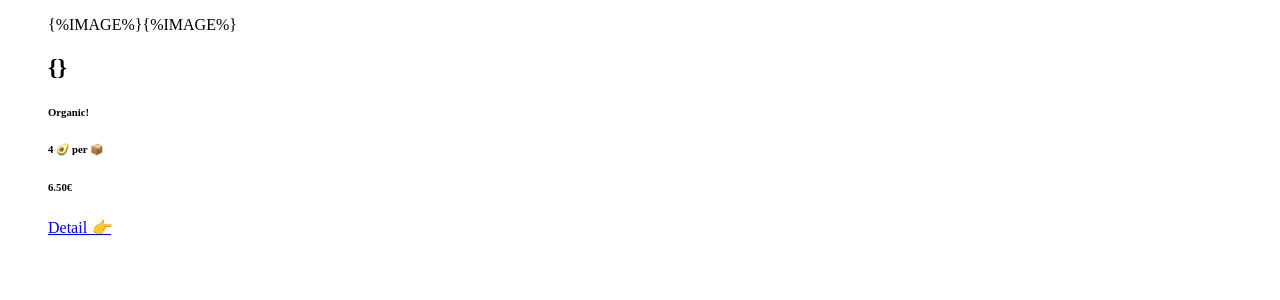
Repository: Tiantian-C/node2
Page: templates/template-card.html
The author's editor kept a copy of each file at every save. The page is drawn from the files as they stood at one save, then again after the next save.
The browser window is 1280 px wide. The pictures show the whole page.

Above is the page before, as saved 2023-07-15 15:43:47.

### templates/template-card.html
<figure class="card">
  <div class="card__emoji">{%IMAGE%}{%IMAGE%}</div>

  <div class="card__title-box">
    <h2 class="card__title">{}</h2>
  </div>

  <div class="card__details">
    <div class="card__detail-box">
      <h6 class="card__detail card__detail--organic">Organic!</h6>
    </div>

    <div class="card__detail-box">
      <h6 class="card__detail">4 🥑 per 📦</h6>
    </div>

    <div class="card__detail-box">
      <h6 class="card__detail card__detail--price">6.50€</h6>
    </div>
  </div>

  <a class="card__link" href="#">
    <span>Detail <i class="emoji-right">👉</i></span>
  </a>
</figure>

After the next save:
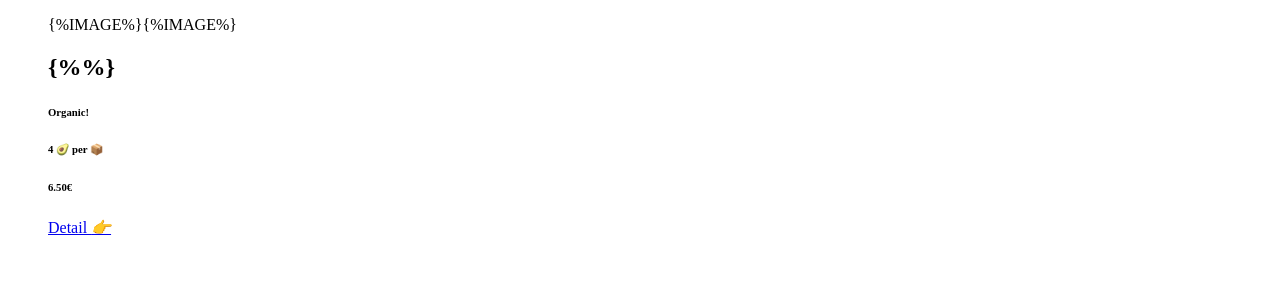
Saved 11 s later.
--- a/templates/template-card.html
+++ b/templates/template-card.html
@@ -2,7 +2,7 @@
   <div class="card__emoji">{%IMAGE%}{%IMAGE%}</div>
 
   <div class="card__title-box">
-    <h2 class="card__title">{}</h2>
+    <h2 class="card__title">{%%}</h2>
   </div>
 
   <div class="card__details">
